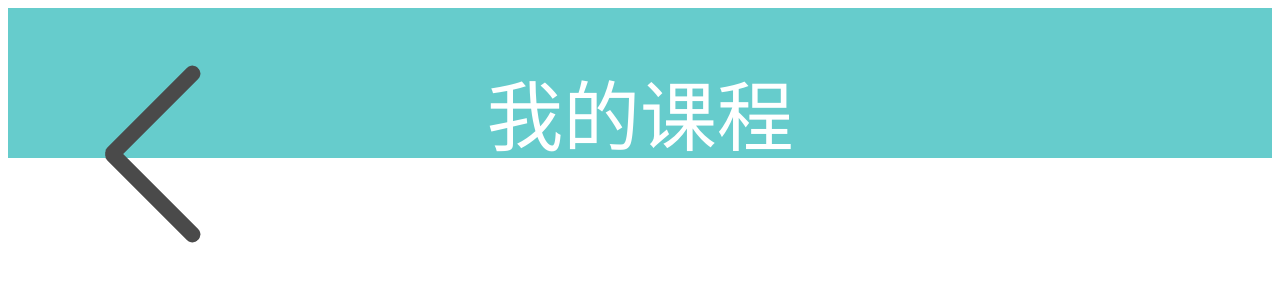
Repository: Cecilia1012/Course-selection-system
Page: http://localhost/SelectClass/myclass.jsp
The author's editor kept a copy of each file at every save. The page is drawn from the files as they stood at one save, then again after the next save.
The browser window is 1280 px wide. The pictures show the whole page.
The page is served by Tomcat 9.

Above is the page before, as saved 2020-06-08 12:08:19.

After the next save:
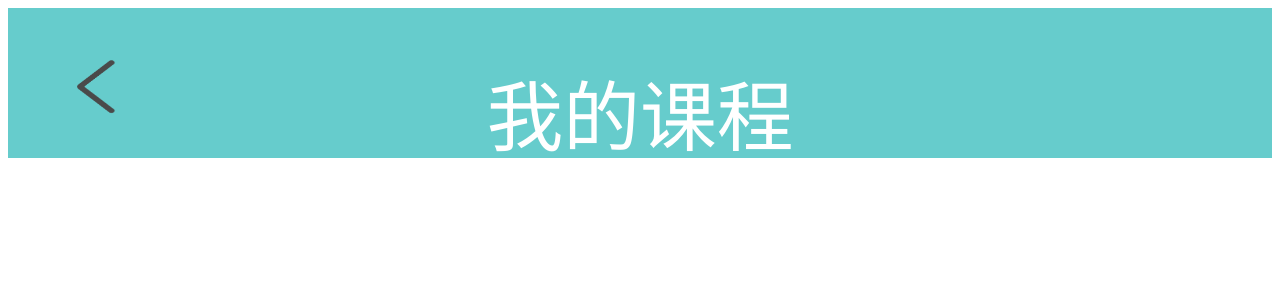
Saved 49 s later.
--- a/SelectClass/WebContent/myclass.jsp
+++ b/SelectClass/WebContent/myclass.jsp
@@ -33,6 +33,10 @@
 	   width: 6%;
 	   height: 38%;
 	   position: absolute;
+	}
+	#return{
+		width: 100%;
+		height: 100%;
 	}
 </style>
 </head>
